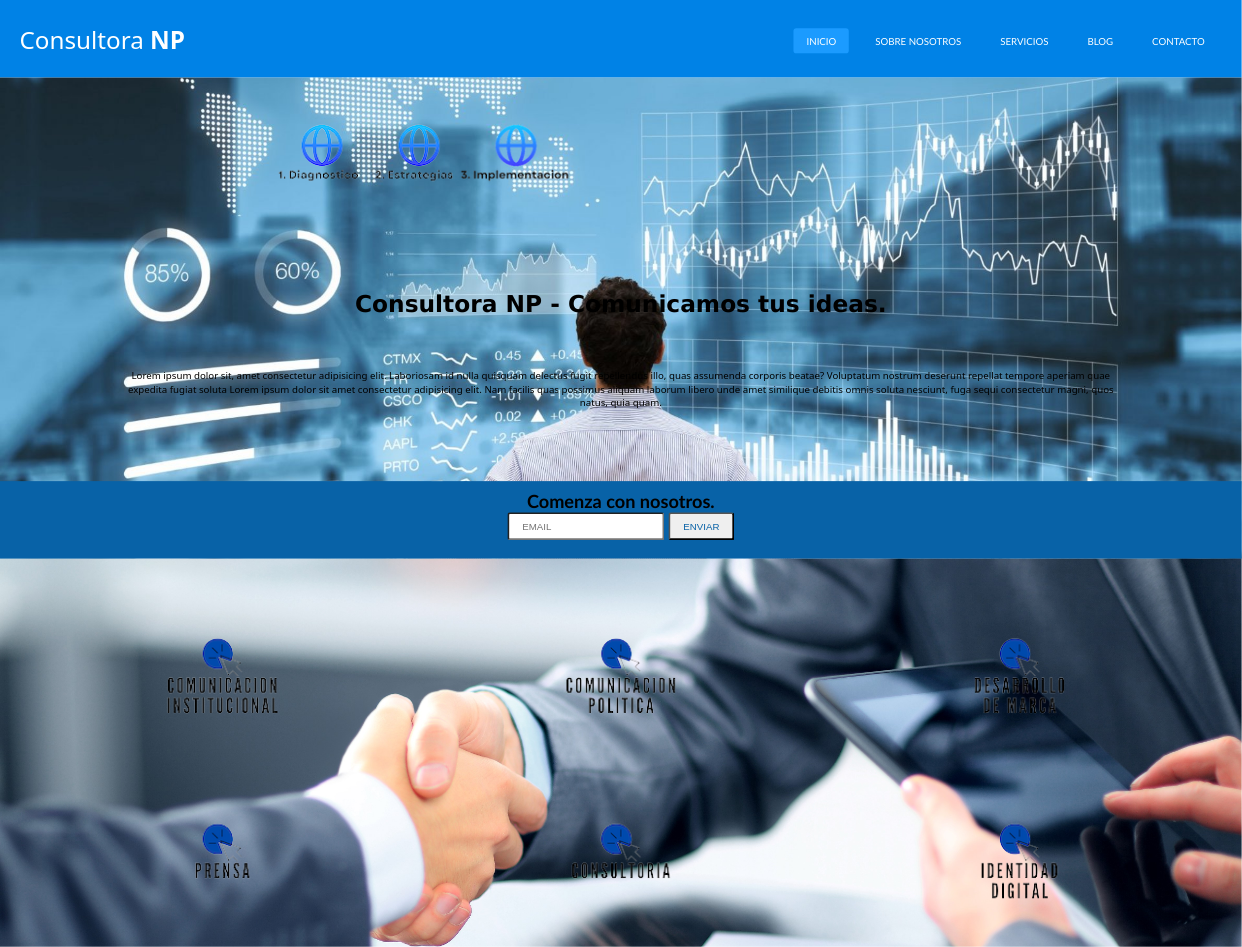
Repository: Batu120/pre-entrega2
Page: index.html
An editor plug-in stored every save of this project. The page is shown before and after the next save, followed by the edit.
The browser window is 1280 px wide. The pictures show the whole page, at 97% of full size.

Above is the page before, as saved 2022-11-02 14:38:33.

After the next save:
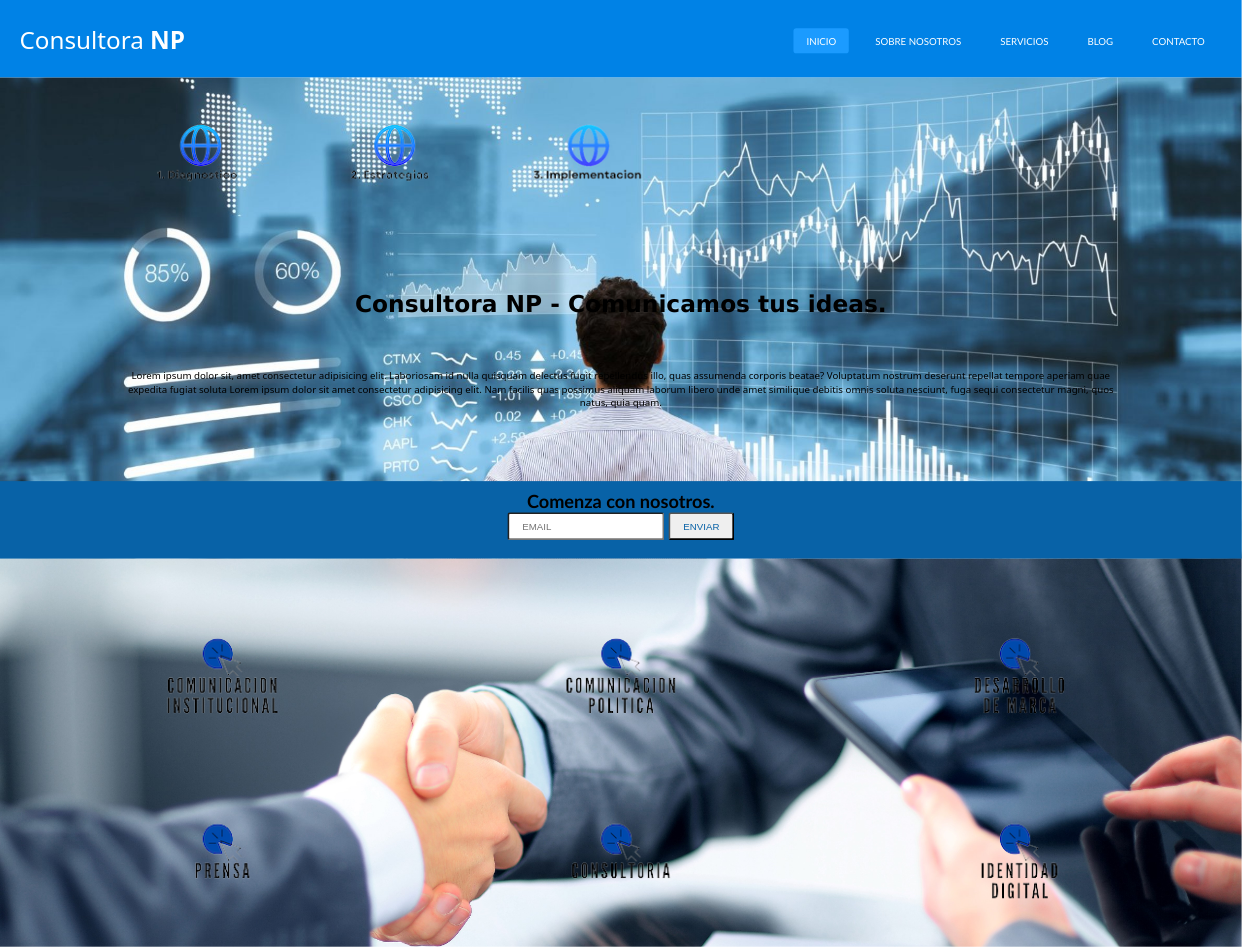
Saved 19 s later.
--- a/CSS/style.css
+++ b/CSS/style.css
@@ -124,8 +124,7 @@ a.active,a:hover{
     /* IMG PICTURES page front */
     .grid-container {
         display: grid;
-        grid-template-columns: 100px 100px 150px;
-        grid-template-areas: none;
+        grid-template-columns: auto auto auto;
         justify-content: center;
     }
     .container-div{
